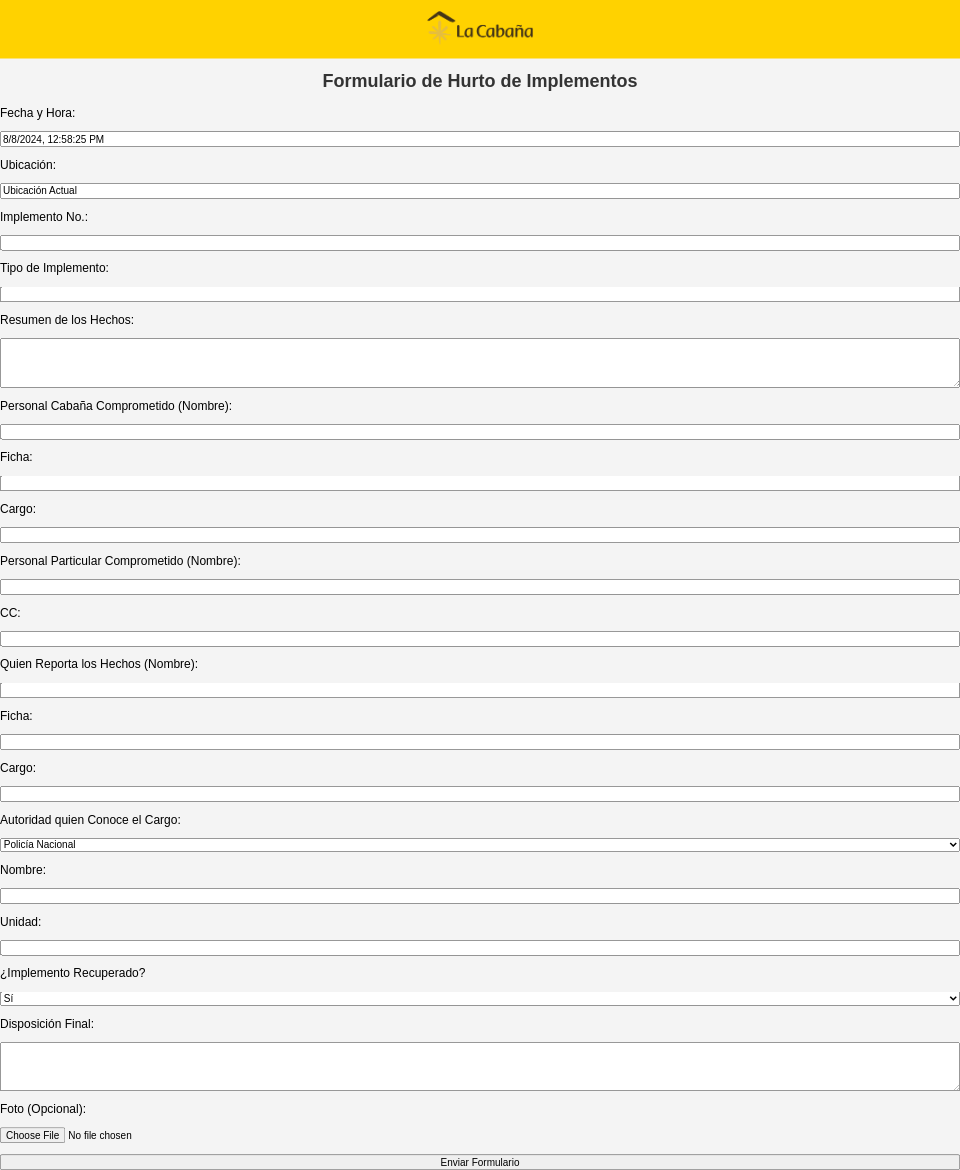
Repository: tayuanlogua/prototipo-de-control-de-accesos
Page: Patrullas/src/hurtoimplementos.html
These files come from the project's save history. The page is drawn as it stood at one moment and after the next save; the edit follows.
The browser window is 1280 px wide. The pictures show the whole page, at 75% of full size.

Above is the page before, as saved 2024-09-03 13:53:54.

### Patrullas/src/hurtoimplementos.html
<!DOCTYPE html>
<html lang="es">
  <head>
    <meta charset="UTF-8" />
    <meta name="viewport" content="width=device-width, initial-scale=1.0" />
    <title>Formulario de Hurto de Implementos</title>
    <link rel="stylesheet" href="styles.css" />
  </head>
  <body>
    <header class="header">
      <img src="imagenes/LOGO.png" alt="Logo" class="logo" />
    </header>

    <div class="login-container">
      <h1>Formulario de Hurto de Implementos</h1>
      <form
        id="hurtoForm"
        action="process_hurto.php"
        method="POST"
        enctype="multipart/form-data"
      >
        <!-- Fecha (automática) -->
        <label for="fechaHora">Fecha y Hora:</label>
        <input type="text" id="fechaHora" name="fechaHora" readonly />

        <!-- Ubicación (automática) -->
        <label for="ubicacion">Ubicación:</label>
        <input type="text" id="ubicacion" name="ubicacion" readonly />

        <!-- Implemento No. -->
        <label for="implementoNo">Implemento No.:</label>
        <input type="text" id="implementoNo" name="implementoNo" required />

        <!-- Tipo de Implemento -->
        <label for="tipoImplemento">Tipo de Implemento:</label>
        <input type="text" id="tipoImplemento" name="tipoImplemento" required />

        <!-- Resumen de los Hechos -->
        <label for="resumenHechos">Resumen de los Hechos:</label>
        <textarea
          id="resumenHechos"
          name="resumenHechos"
          rows="4"
          required
        ></textarea>

        <!-- Personal Cabaña Comprometido -->
        <label for="personalCabanhaNombre"
          >Personal Cabaña Comprometido (Nombre):</label
        >
        <input
          type="text"
          id="personalCabanhaNombre"
          name="personalCabanhaNombre"
          required
        />
        <label for="personalCabanhaFicha">Ficha:</label>
        <input
          type="text"
          id="personalCabanhaFicha"
          name="personalCabanhaFicha"
          required
        />
        <label for="personalCabanhaCargo">Cargo:</label>
        <input
          type="text"
          id="personalCabanhaCargo"
          name="personalCabanhaCargo"
          required
        />

        <!-- Personal Particular Comprometido -->
        <label for="personalParticularNombre"
          >Personal Particular Comprometido (Nombre):</label
        >
        <input
          type="text"
          id="personalParticularNombre"
          name="personalParticularNombre"
          required
        />
        <label for="personalParticularCC">CC:</label>
        <input
          type="text"
          id="personalParticularCC"
          name="personalParticularCC"
          required
        />

        <!-- Quien Reporta los Hechos -->
        <label for="quienReportaNombre"
          >Quien Reporta los Hechos (Nombre):</label
        >
        <input
          type="text"
          id="quienReportaNombre"
          name="quienReportaNombre"
          required
        />
        <label for="quienReportaFicha">Ficha:</label>
        <input
          type="text"
          id="quienReportaFicha"
          name="quienReportaFicha"
          required
        />
        <label for="quienReportaCargo">Cargo:</label>
        <input
          type="text"
          id="quienReportaCargo"
          name="quienReportaCargo"
          required
        />

        <!-- Autoridad quien Conoce el Cargo -->
        <label for="autoridadCargo">Autoridad quien Conoce el Cargo:</label>
        <select id="autoridadCargo" name="autoridadCargo" required>
          <option value="ponal">Policía Nacional</option>
          <option value="insponal">Institución Nacional</option>
        </select>
        <label for="autoridadNombre">Nombre:</label>
        <input
          type="text"
          id="autoridadNombre"
          name="autoridadNombre"
          required
        />
        <label for="autoridadUnidad">Unidad:</label>
        <input
          type="text"
          id="autoridadUnidad"
          name="autoridadUnidad"
          required
        />

        <!-- Implemento Recuperado -->
        <label for="implementoRecuperado">¿Implemento Recuperado?</label>
        <select id="implementoRecuperado" name="implementoRecuperado" required>
          <option value="si">Sí</option>
          <option value="no">No</option>
        </select>

        <!-- Disposición Final -->
        <label for="disposicionFinal">Disposición Final:</label>
        <textarea
          id="disposicionFinal"
          name="disposicionFinal"
          rows="4"
          required
        ></textarea>

        <!-- Foto Opcional -->
        <label for="foto">Foto (Opcional):</label>
        <input type="file" id="foto" name="foto" accept="image/*" />

        <!-- Botón de Enviar -->
        <input type="submit" value="Enviar Formulario" />
      </form>
    </div>

    <script src="hurtoimplementos.js"></script>
  </body>
</html>

### Patrullas/src/styles.css
/* Estilos generales para el body */
body {
  font-family: Arial, sans-serif;
  background-color: #f4f4f4;
  margin: 0;
  padding: 0;
}

/* Estilo para el logo en el header */
.header {
  background-color: #ffd200; /* Fondo amarillo para el logo */
  padding: 10px 0;
  text-align: center;
}

.logo {
  width: 150px;
  height: auto;
}

/* Estilos para el contenedor del formulario y novedades */
.form-container,
#maduranteForm,
#subsuelo-form,
#burnt-cane-form,
#motobombas-form,
#servicio-de-escolta-form,
.novedades-container {
  background-color: #ffffff;
  max-width: 800px; /* Ajustado al tamaño del formulario y novedades */
  margin: 20px auto;
  padding: 20px;
  border-radius: 10px;
  box-shadow: 0 0 10px rgba(0, 0, 0, 0.1);
  border: 2px solid #ffd200; /* Borde amarillo */
  display: flex;
  flex-direction: column;
  align-items: center;
}

/* Estilo para el título del formulario y novedades */
h1,
.novedades-title {
  text-align: center;
  color: #333;
  margin-bottom: 20px;
}

h1 {
  font-size: 24px;
}

.novedades-title {
  font-size: 28px;
}

/* Estilos para los formularios */
form {
  display: flex;
  flex-direction: column;
  gap: 15px;
  width: 100%;
}

.form-group {
  display: flex;
  flex-direction: column;
  gap: 5px;
}

.form-group label {
  font-size: 14px;
  color: #333;
  text-align: left;
  font-weight: bold;
}

.form-group input[type="text"],
.form-group input[type="number"],
.form-group input[type="time"],
.form-group input[type="date"],
.form-group select,
.form-group input[type="file"],
.form-group textarea {
  width: 100%;
  padding: 8px;
  border: 1px solid #ccc;
  border-radius: 5px;
  box-sizing: border-box;
  font-size: 14px;
}

.form-group input[type="file"] {
  padding: 3px; /* Ajuste para que se vea mejor */
}

.form-group textarea {
  resize: vertical;
}

.form-group select {
  padding: 8px;
}

/* Estilo para el grupo de radio buttons */
.radio-group {
  display: flex;
  justify-content: space-between;
  max-width: 200px;
}

.radio-group label {
  display: flex;
  align-items: center;
  gap: 5px;
  font-size: 14px;
  color: #333;
}

input[type="radio"] {
  margin-left: 10px;
}

/* Estilo para las entradas múltiples */
.multi-input-group {
  display: flex;
  flex-direction: column;
  gap: 10px;
  max-height: 300px;
  overflow-y: auto;
}

.multi-input-item {
  display: flex;
  align-items: center;
  gap: 10px;
}

.multi-input-item input {
  flex: 1;
}

.multi-input-item button {
  padding: 8px;
  background-color: #333;
  color: #ffd200;
  border: none;
  border-radius: 5px;
  cursor: pointer;
}

/* Estilo para botón de añadir más */
button.add-more {
  margin-top: 10px;
  padding: 10px;
  background-color: #ffd200;
  border: none;
  border-radius: 5px;
  cursor: pointer;
  color: #333;
}

button.add-more:hover {
  background-color: #ffbf00;
}

/* Estilo para el botón de envío */
button[type="submit"] {
  display: block;
  width: 100%;
  padding: 10px;
  background-color: #333;
  color: #ffd200; /* Color amarillo para el botón de envío */
  border: none;
  border-radius: 5px;
  font-size: 16px;
  cursor: pointer;
  transition: background-color 0.3s ease;
}

/* Estilos para el hover en botones */
button[type="submit"]:hover {
  background-color: #555;
}

/* Estilo para los enlaces de actividades */
.activities-form {
  display: flex;
  flex-direction: column;
  gap: 10px;
  width: 100%;
}

.activities-form a {
  text-decoration: none;
  color: #ffd200; /* Color amarillo para los enlaces */
  font-size: 18px;
  padding: 10px;
  border-radius: 5px;
  background-color: #ffffff;
  border: 1px solid #ccc;
  transition: background-color 0.3s, color 0.3s;
}

.activities-form a:hover {
  background-color: #ffd200; /* Color amarillo para el hover */
  color: #ffffff;
}

/* Estilos para las entradas de novedades */
.novedad-item {
  background-color: #f4f4f4;
  width: 100%;
  padding: 15px;
  margin-bottom: 15px;
  border-radius: 8px;
  border-left: 5px solid #ffd200; /* Línea amarilla a la izquierda */
  box-shadow: 0 0 5px rgba(0, 0, 0, 0.1);
  display: flex;
  flex-direction: column;
  gap: 10px;
}

/* Estilo para el título de cada novedad */
.novedad-item h2 {
  font-size: 20px;
  color: #333;
  margin: 0;
}

/* Estilo para la fecha de la novedad */
.novedad-item .novedad-date {
  font-size: 14px;
  color: #777;
  text-align: right;
}

/* Estilo para el contenido de la novedad */
.novedades-item p {
  font-size: 16px;
  color: #555;
  margin: 0;
}

/* Responsive design para dispositivos móviles */
@media (max-width: 480px) {
  .form-container,
  #maduranteForm,
  #subsuelo-form,
  #burnt-cane-form,
  #motobombas-form,
  #servicio-de-escolta-form,
  .novedades-container {
    width: 95%;
    padding: 15px;
  }

  h1 {
    font-size: 20px;
  }

  .novedades-title {
    font-size: 24px;
  }

  form input[type="text"],
  form input[type="number"],
  form input[type="time"],
  form input[type="date"],
  form select,
  form input[type="file"],
  form textarea,
  button[type="submit"],
  .activities-form a,
  .novedades-item h2,
  .novedades-item p {
    font-size: 14px;
  }
}

### Patrullas/src/hurtoimplementos.js
document.addEventListener("DOMContentLoaded", () => {
  // Función para obtener la fecha y hora actual
  function setFechaHora() {
    const fechaHoraInput = document.getElementById("fechaHora");
    const fechaHora = new Date().toLocaleString();
    fechaHoraInput.value = fechaHora;
  }

  // Función para obtener la ubicación (esto es solo un ejemplo, reemplazar con una API real si es necesario)
  function setUbicacion() {
    // Aquí puedes usar una API de geolocalización para obtener la ubicación real
    // Por ahora, solo se establece un valor de ejemplo.
    const ubicacionInput = document.getElementById("ubicacion");
    ubicacionInput.value = "Ubicación Actual"; // Reemplazar con una función real
  }

  setFechaHora();
  setUbicacion();
});

After the next save:
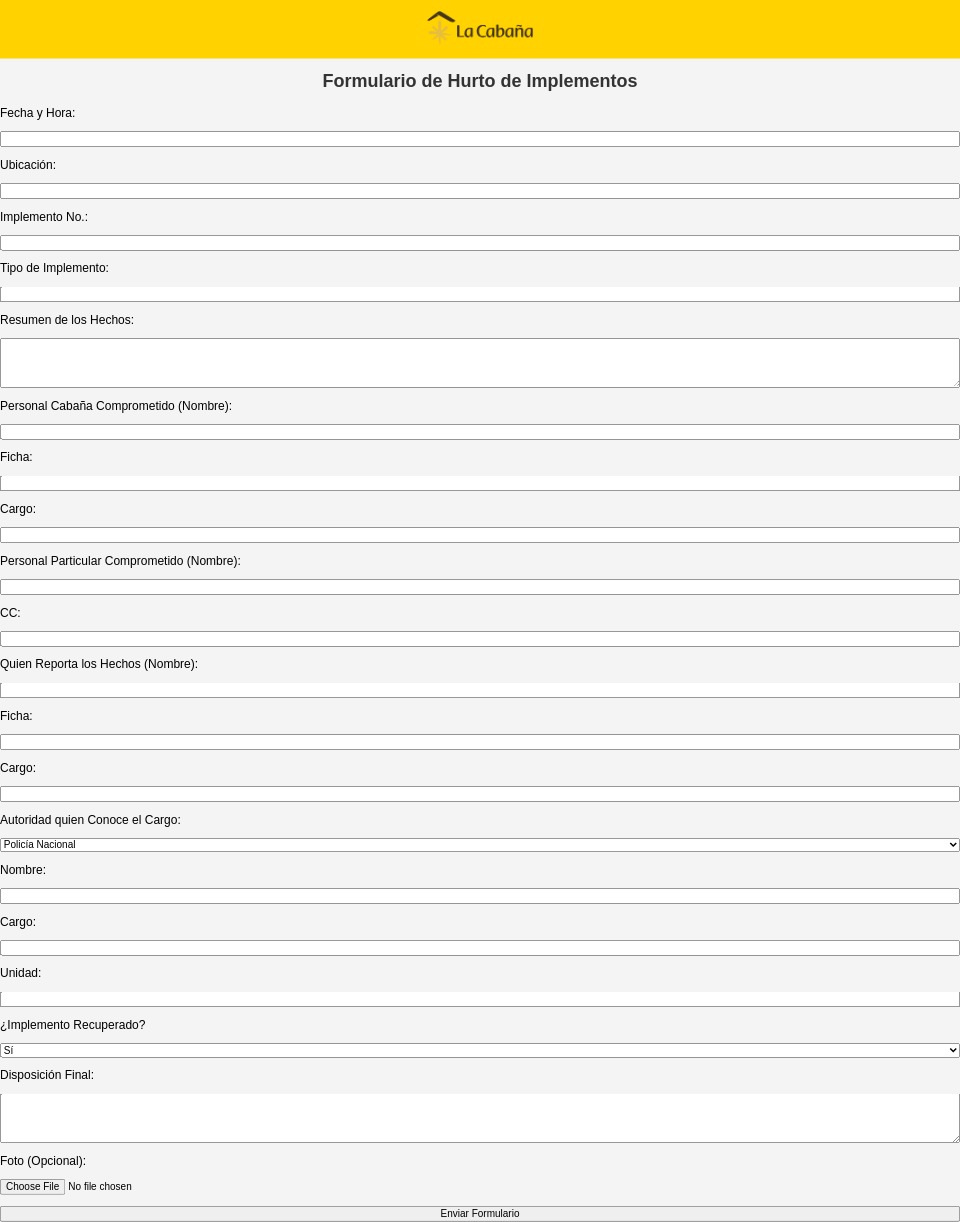
Saved 4 min 23 s later.
--- a/Patrullas/src/hurtoimplementos.html
+++ b/Patrullas/src/hurtoimplementos.html
@@ -117,12 +117,20 @@
         <select id="autoridadCargo" name="autoridadCargo" required>
           <option value="ponal">Policía Nacional</option>
           <option value="insponal">Institución Nacional</option>
+          <option value="ejercitonacional">Ejército Nacional</option>
         </select>
         <label for="autoridadNombre">Nombre:</label>
         <input
           type="text"
           id="autoridadNombre"
           name="autoridadNombre"
+          required
+        />
+        <label for="autoridadCargoCargo">Cargo:</label>
+        <input
+          type="text"
+          id="autoridadCargoCargo"
+          name="autoridadCargoCargo"
           required
         />
         <label for="autoridadUnidad">Unidad:</label>
@@ -158,6 +166,6 @@
       </form>
     </div>
 
-    <script src="hurtoimplementos.js"></script>
+    <script src="script.js"></script>
   </body>
 </html>
